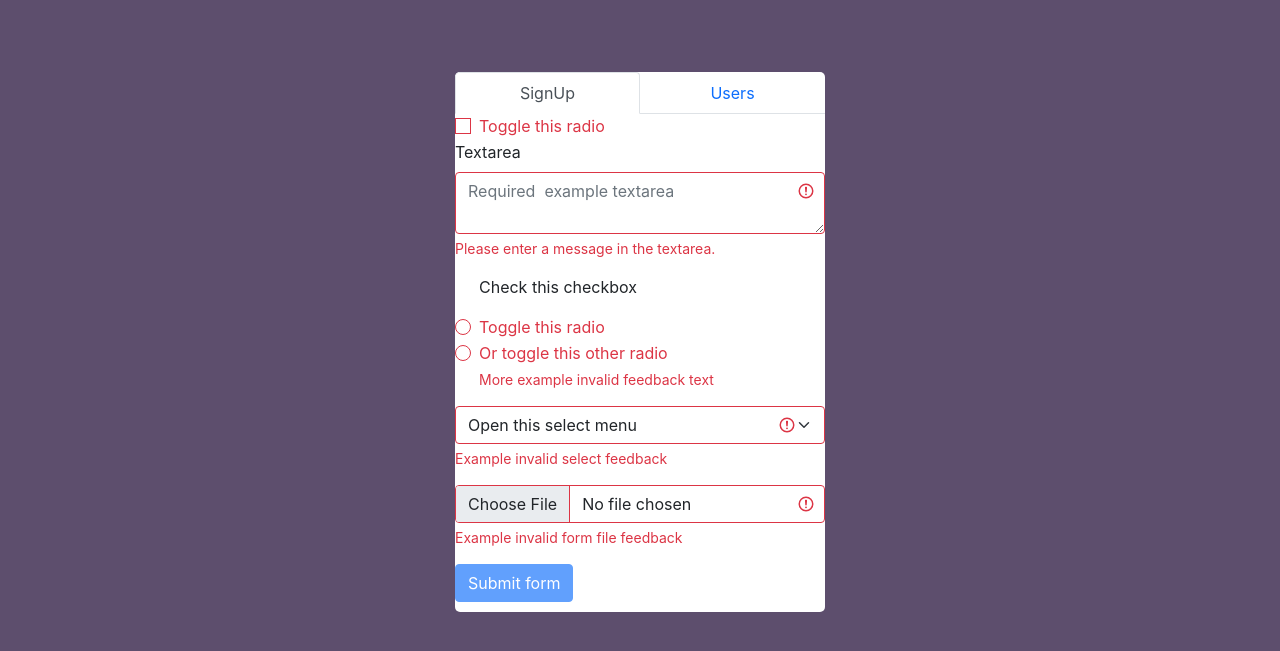
Repository: asadalibest1/SignUp-from
Page: /
An editor plug-in stored every save of this project. The page is shown before and after the next save, followed by the edit.
The browser window is 1280 px wide. The pictures show the whole page.
The project was rebuilt for these pictures with package versions that can differ from the ones it lists, and the page was loaded fresh each time. Also part of the build but not shown: src/components/SignUp/SignUp.css, src/components/Users/Users.css.

Above is the page before, as saved 2021-02-06 21:56:43.

### public/index.html
<!DOCTYPE html>
<html lang="en">
  <head>
    <meta charset="utf-8" />
    <link rel="icon" href="%PUBLIC_URL%/favicon.png" />
    <meta name="viewport" content="width=device-width, initial-scale=1" />
    <meta name="theme-color" content="#000000" />
    <meta
      name="description"
      content="Web site created using create-react-app"
    />
    <link rel="apple-touch-icon" href="%PUBLIC_URL%/logo192.png" />
    <!--
      manifest.json provides metadata used when your web app is installed on a
      user's mobile device or desktop. See https://developers.google.com/web/fundamentals/web-app-manifest/
    -->
    <link rel="manifest" href="%PUBLIC_URL%/manifest.json" />
    <!--
      Notice the use of %PUBLIC_URL% in the tags above.
      It will be replaced with the URL of the `public` folder during the build.
      Only files inside the `public` folder can be referenced from the HTML.

      Unlike "/favicon.ico" or "favicon.ico", "%PUBLIC_URL%/favicon.ico" will
      work correctly both with client-side routing and a non-root public URL.
      Learn how to configure a non-root public URL by running `npm run build`.
    -->
    <!-- Bootstrap -->
    <link href="https://cdn.jsdelivr.net/npm/bootstrap@5.0.0-beta1/dist/css/bootstrap.min.css" rel="stylesheet" integrity="sha384-giJF6kkoqNQ00vy+HMDP7azOuL0xtbfIcaT9wjKHr8RbDVddVHyTfAAsrekwKmP1" crossorigin="anonymous">
    <title>Sign Up</title>
  </head>
  <body>
    <noscript>You need to enable JavaScript to run this app.</noscript>
    <div id="root"></div>
    <!--
      This HTML file is a template.
      If you open it directly in the browser, you will see an empty page.

      You can add webfonts, meta tags, or analytics to this file.
      The build step will place the bundled scripts into the <body> tag.

      To begin the development, run `npm start` or `yarn start`.
      To create a production bundle, use `npm run build` or `yarn build`.
    -->
    <script src="https://cdn.jsdelivr.net/npm/bootstrap@5.0.0-beta1/dist/js/bootstrap.bundle.min.js" integrity="sha384-ygbV9kiqUc6oa4msXn9868pTtWMgiQaeYH7/t7LECLbyPA2x65Kgf80OJFdroafW" crossorigin="anonymous"></script>
  </body>
</html>

### src/index.css
body {
  margin: 0;
  font-family: -apple-system, BlinkMacSystemFont, 'Segoe UI', 'Roboto', 'Oxygen',
    'Ubuntu', 'Cantarell', 'Fira Sans', 'Droid Sans', 'Helvetica Neue',
    sans-serif;
  -webkit-font-smoothing: antialiased;
  -moz-osx-font-smoothing: grayscale;
  background-color: #5D4E6D;
}

code {
  font-family: source-code-pro, Menlo, Monaco, Consolas, 'Courier New',
    monospace;
}

### src/App.js
import React from 'react'
import App1 from "./components/App1/App1"

export default function App() {
  return (
    <div>
      <App1 />
    </div>
  )
}

### src/components/App1/App1.js
import React from 'react'
import Tabs from '../Tabs/Tabs'

export default function App1() {
    return (
        <div>
            <Tabs />
        </div>
    )
}

### src/features/counter/counterSlice.js
import { createSlice } from '@reduxjs/toolkit';

export const counterSlice = createSlice({
  name: 'counter',
  initialState: {
    value: 0,
  },
  reducers: {
    increment: state => {
      // Redux Toolkit allows us to write "mutating" logic in reducers. It
      // doesn't actually mutate the state because it uses the Immer library,
      // which detects changes to a "draft state" and produces a brand new
      // immutable state based off those changes
      state.value += 1;
    },
    decrement: state => {
      state.value -= 1;
    },
    incrementByAmount: (state, action) => {
      state.value += action.payload;
    },
  },
});

export const { increment, decrement, incrementByAmount } = counterSlice.actions;

// The function below is called a thunk and allows us to perform async logic. It
// can be dispatched like a regular action: `dispatch(incrementAsync(10))`. This
// will call the thunk with the `dispatch` function as the first argument. Async
// code can then be executed and other actions can be dispatched
export const incrementAsync = amount => dispatch => {
  setTimeout(() => {
    dispatch(incrementByAmount(amount));
  }, 1000);
};

// The function below is called a selector and allows us to select a value from
// the state. Selectors can also be defined inline where they're used instead of
// in the slice file. For example: `useSelector((state) => state.counter.value)`
export const selectCount = state => state.counter.value;

export default counterSlice.reducer;

### src/components/Tabs/Tabs.js
import React from 'react'
import SignUp from "../SignUp/SignUp"
import Users from "../Users/Users"
import "./Tabs.css"

export default function Tabs() {
    return (
        <div className="tabs-main">
            <div className="tabs">

                <ul className="nav nav-tabs" id="myTab" role="tablist">
                    <li className="nav-item text-center w-50" role="presentation">
                        <a className="nav-link active" id="signUp-tab" data-bs-toggle="tab" href="#signUp" role="tab" aria-controls="signUp" aria-selected="true">SignUp</a>
                    </li>
                    <li className="nav-item text-center w-50" role="presentation">
                        <a className="nav-link" id="users-tab" data-bs-toggle="tab" href="#users" role="tab" aria-controls="users" aria-selected="false">Users</a>
                    </li>
                </ul>
                <div className="tab-content" id="myTabContent">
                    <div className="tab-pane fade show active" id="signUp" role="tabpanel" aria-labelledby="signUp-tab">
                        <SignUp />
                    </div>
                    <div className="tab-pane fade" id="users" role="tabpanel" aria-labelledby="users-tab">

                        <Users />
                    </div>
                </div>


            </div>
        </div>
    )
}

### src/components/SignUp/SignUp.js
import React from 'react'
import "./SignUp.css"

export default function SignUp() {
    return (
        <div>

<form className="was-validated">

<div className="form-check">
    <input type="name" className="form-check-input" id="validationFormCheck2" name="name-stacked" required />
    <label className="form-check-label" for="validationFormCheck2">Toggle this radio</label>
  </div>



  <div className="mb-3">
    <label for="validationTextarea" className="form-label">Textarea</label>
    <textarea className="form-control is-invalid" id="validationTextarea" placeholder="Required  example textarea" required></textarea>
    <div className="invalid-feedback">
      Please enter a message in the textarea.
    </div>
  </div>




  <div className="form-check mb-3">
    <label className="form-check-label" for="validationFormCheck1">Check this checkbox</label>
    <div className="invalid-feedback">Example invalid feedback text</div>
  </div>

  <div className="form-check">
    <input type="radio" className="form-check-input" id="validationFormCheck2" name="radio-stacked" required />
    <label className="form-check-label" for="validationFormCheck2">Toggle this radio</label>
  </div>
  <div className="form-check mb-3">
    <input type="radio" className="form-check-input" id="validationFormCheck3" name="radio-stacked" required />
    <label className="form-check-label" for="validationFormCheck3">Or toggle this other radio</label>
    <div className="invalid-feedback">More example invalid feedback text</div>
  </div>

  <div className="mb-3">
    <select className="form-select" required  aria-label="select example">
      <option value="">Open this select menu</option>
      <option value="1">One</option>
      <option value="2">Two</option>
      <option value="3">Three</option>
    </select>
    <div className="invalid-feedback">Example invalid select feedback</div>
  </div>

  <div className="mb-3">
    <input type="file" className="form-control" aria-label="file example" required />
    <div className="invalid-feedback">Example invalid form file feedback</div>
  </div>

  <div className="mb-3">
    <button className="btn btn-primary" type="submit" disabled>Submit form</button>
  </div>
</form>
        </div>
    )
}

### src/components/Users/Users.js
import React from 'react'
import "./Users.css"

export default function Users() {
    return (
        <div>
    Users
        </div>
    )
}

### src/components/Tabs/Tabs.css
.tabs{
    width: 370px;
    height: 75vh;
    background-color: white;
    margin: auto auto;
    margin-top: 10vh;
    border-radius: 5px;
    overflow: hidden;
}

Loaded but not shown: src/index.js (common file); src/app/store.js (common file); src/serviceWorker.js (common file)

After the next save:
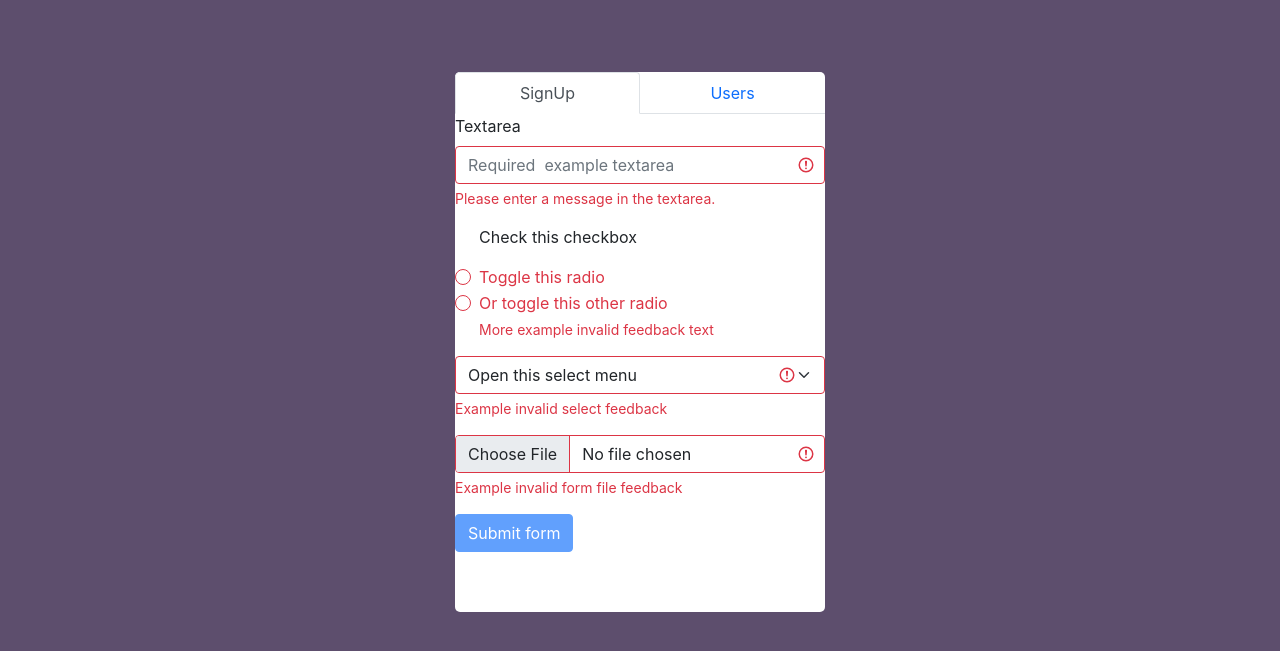
Saved 74 s later.
--- a/src/components/SignUp/SignUp.js
+++ b/src/components/SignUp/SignUp.js
@@ -6,17 +6,18 @@ export default function SignUp() {
         <div>
 
 <form className="was-validated">
-
+{/*
 <div className="form-check">
     <input type="name" className="form-check-input" id="validationFormCheck2" name="name-stacked" required />
     <label className="form-check-label" for="validationFormCheck2">Toggle this radio</label>
-  </div>
+  </div> */}
 
 
 
   <div className="mb-3">
     <label for="validationTextarea" className="form-label">Textarea</label>
-    <textarea className="form-control is-invalid" id="validationTextarea" placeholder="Required  example textarea" required></textarea>
+    {/* <textarea className="form-control is-invalid" id="validationTextarea" placeholder="Required  example textarea" required></textarea> */}
+    <input type="name" className="form-control is-invalid" id="validationTextarea" placeholder="Required  example textarea" required />
     <div className="invalid-feedback">
       Please enter a message in the textarea.
     </div>
